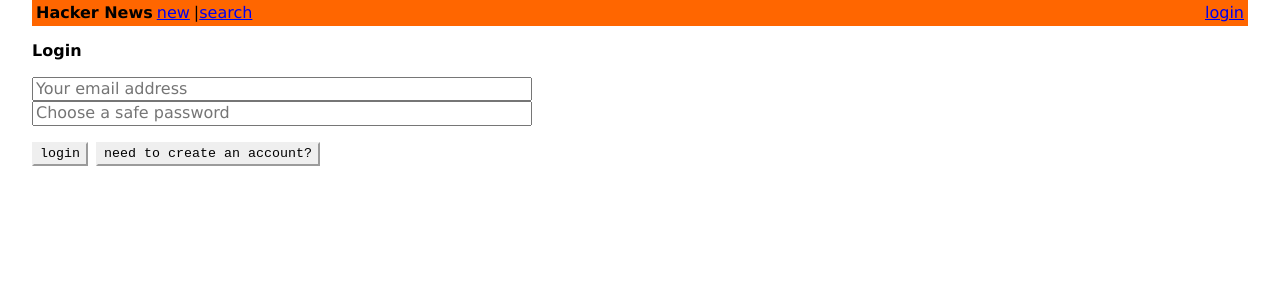
Repository: Demeter-Chronos/hackernews
Page: /login
These files come from the project's save history. The page is drawn as it stood at one moment and after a run of saves; the edit follows.
The browser window is 1280 px wide. The pictures show the whole page.
The project was rebuilt for these pictures with package versions that can differ from the ones it lists, and the page was loaded fresh each time. The framework's server and built-in components were replaced by stand-ins that run in the browser. Also part of the build but not shown: next.config.js.

Above is the page before, as saved 2022-05-07 10:26:31.

After the next 2 saves:
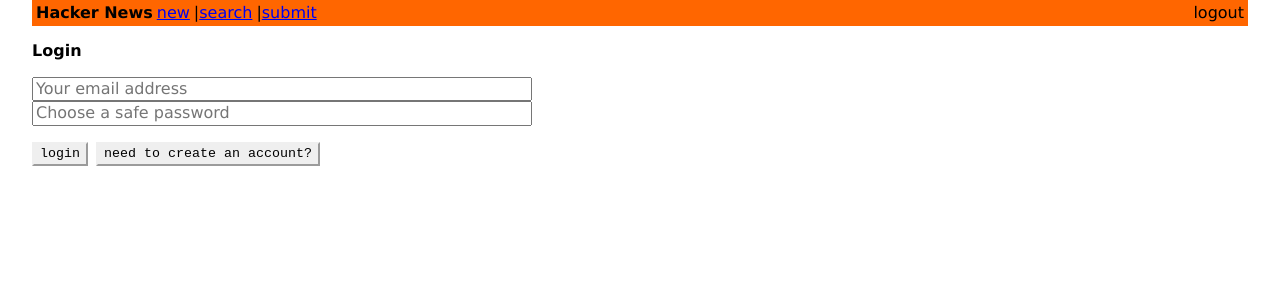
The 2 saves are shown as one change because they came seconds apart.
The last was saved 62 s later.
--- a/src/components/header.tsx
+++ b/src/components/header.tsx
@@ -2,7 +2,7 @@
 import { useRouter } from 'next/router';
 import { AUTH_TOKEN } from '../constants';
 
-const authToken = localStorage.getItem(AUTH_TOKEN);
+const authToken = AUTH_TOKEN;
 
 export default function Header() {
   const router = useRouter();

After the save that followed:
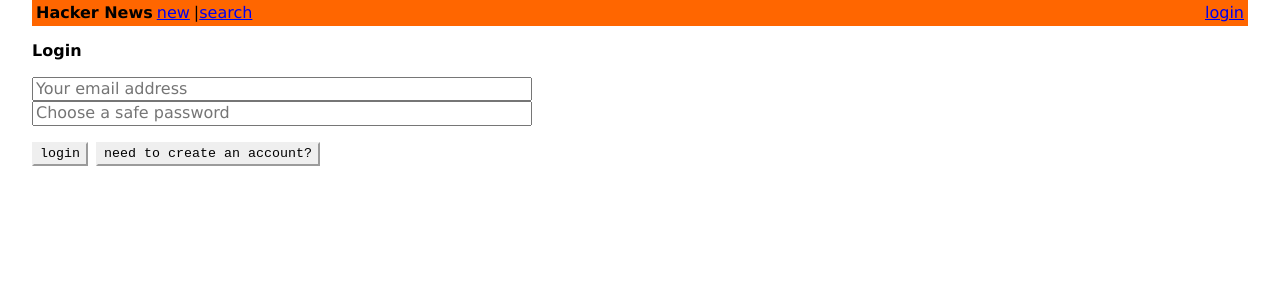
Saved 7 min 28 s later.
--- a/src/components/header.tsx
+++ b/src/components/header.tsx
@@ -2,10 +2,9 @@
 import { useRouter } from 'next/router';
 import { AUTH_TOKEN } from '../constants';
 
-const authToken = AUTH_TOKEN;
-
 export default function Header() {
   const router = useRouter();
+  const authToken = localStorage.getItem(AUTH_TOKEN);
 
   return (
     <header>
